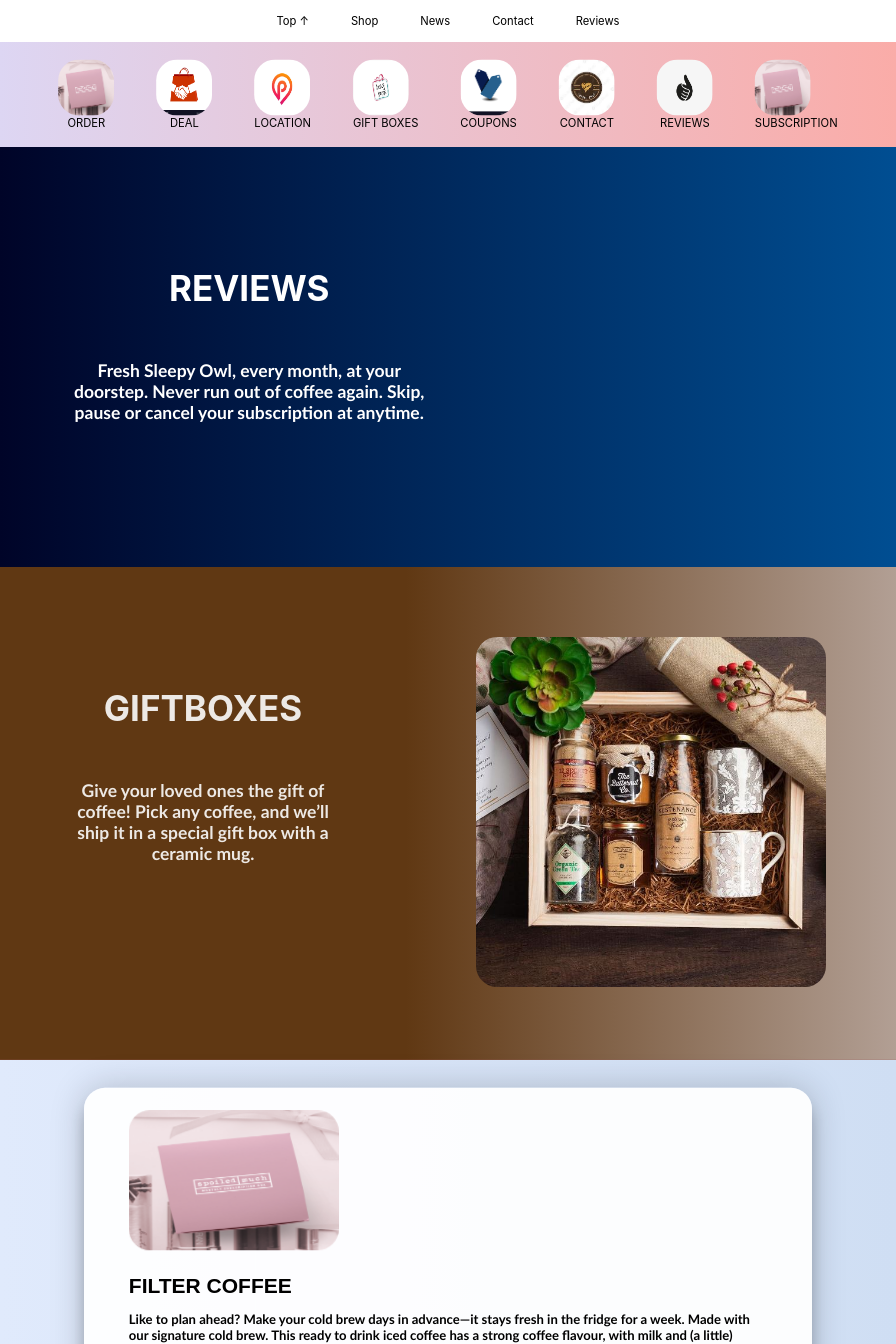
Repository: tusharpasricha/owlsomecoffee
Page: /
The author's editor kept a copy of each file at every save. The page is drawn from the files as they stood at one save, then again after the next save.
The browser window is 1280 px wide. The pictures show the part of the page from y = 0 to 1920 px (the page is 3892 px tall), at 70% of full size.
Some web fonts or font styles are not loaded; a fallback is used. The project was rebuilt for these pictures with package versions that can differ from the ones it lists, and the page was loaded fresh each time. Also part of the build but not shown: src/components/coupons.css, src/components/coupons.js, src/components/order.css, src/components/order.js, src/components/location.css, src/components/location.js.

Above is the page before, as saved 2021-09-28 11:00:30.

After the next save:
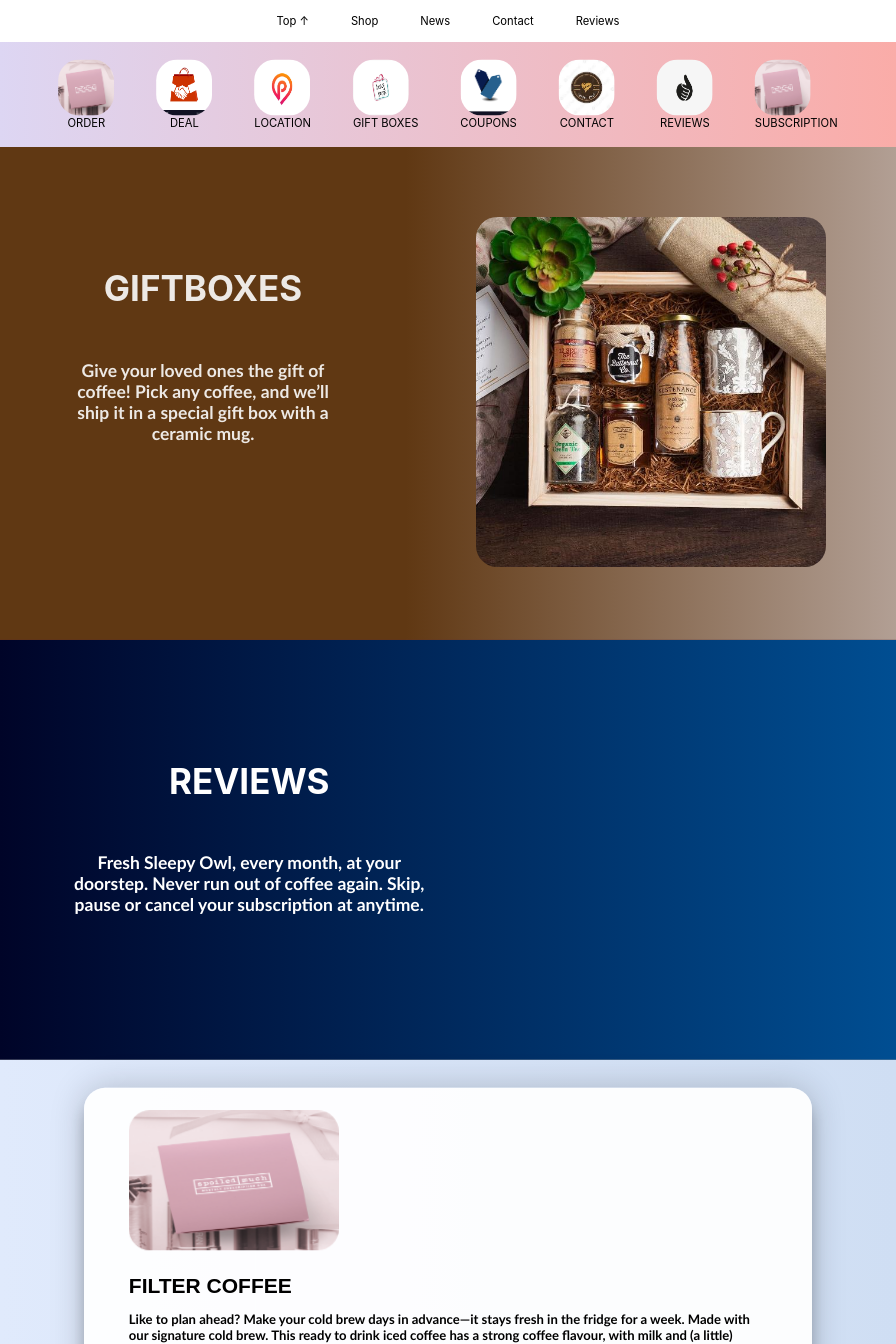
Saved 118 s later.
--- a/src/App.js
+++ b/src/App.js
@@ -29,9 +29,9 @@ function App() {
      <Navbar></Navbar>
      <Blank></Blank>
      <Bar></Bar>
+     <Giftboxes></Giftboxes>
+     <Review></Review>
 
-     <Review></Review>
-     <Giftboxes></Giftboxes>
      <Deal></Deal>
      {/* <Order></Order>
      <Location></Location>

After the save that followed:
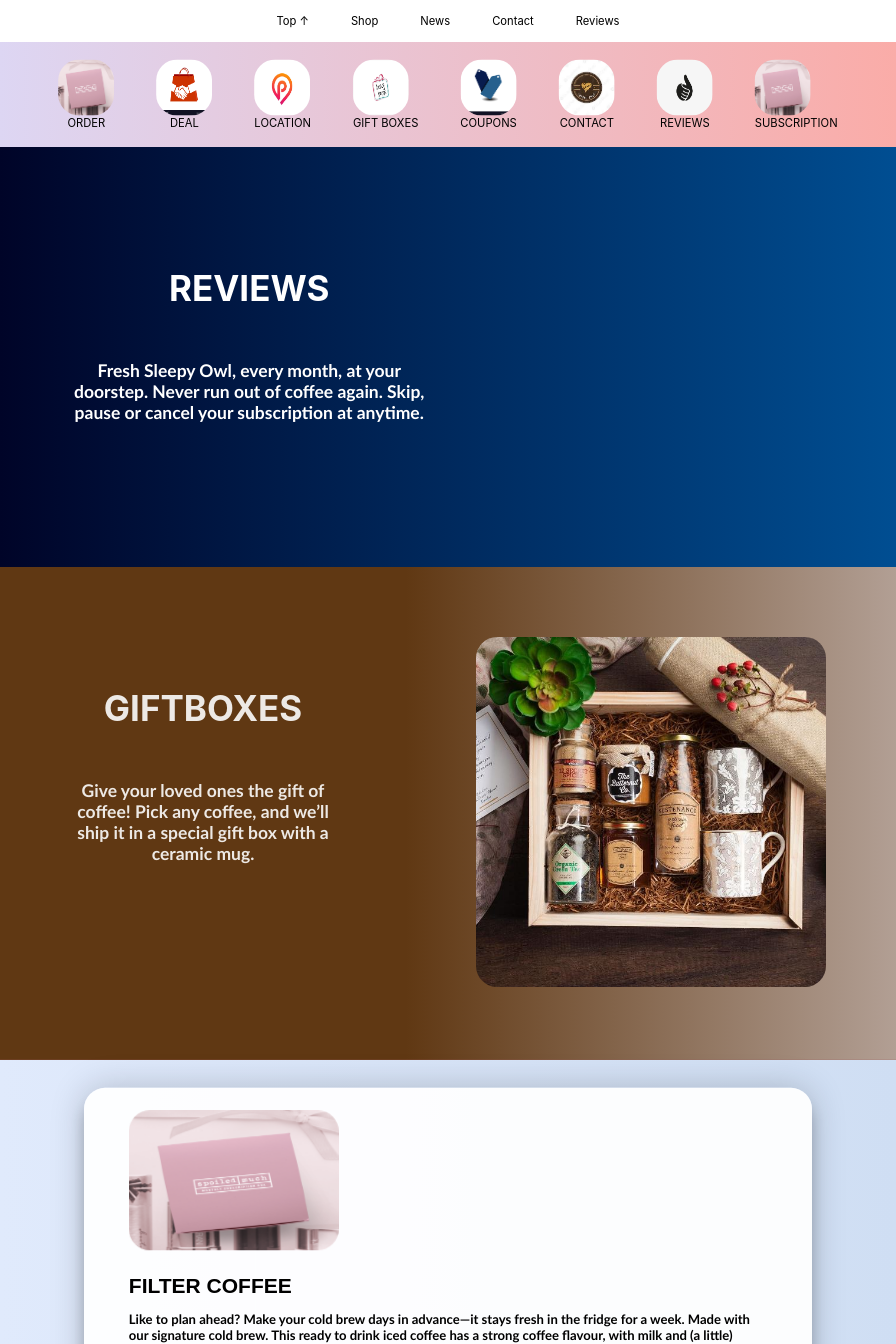
Saved 15 s later.
--- a/src/App.js
+++ b/src/App.js
@@ -29,9 +29,9 @@ function App() {
      <Navbar></Navbar>
      <Blank></Blank>
      <Bar></Bar>
+
+     <Review></Review>
      <Giftboxes></Giftboxes>
-     <Review></Review>
-
      <Deal></Deal>
      {/* <Order></Order>
      <Location></Location>
